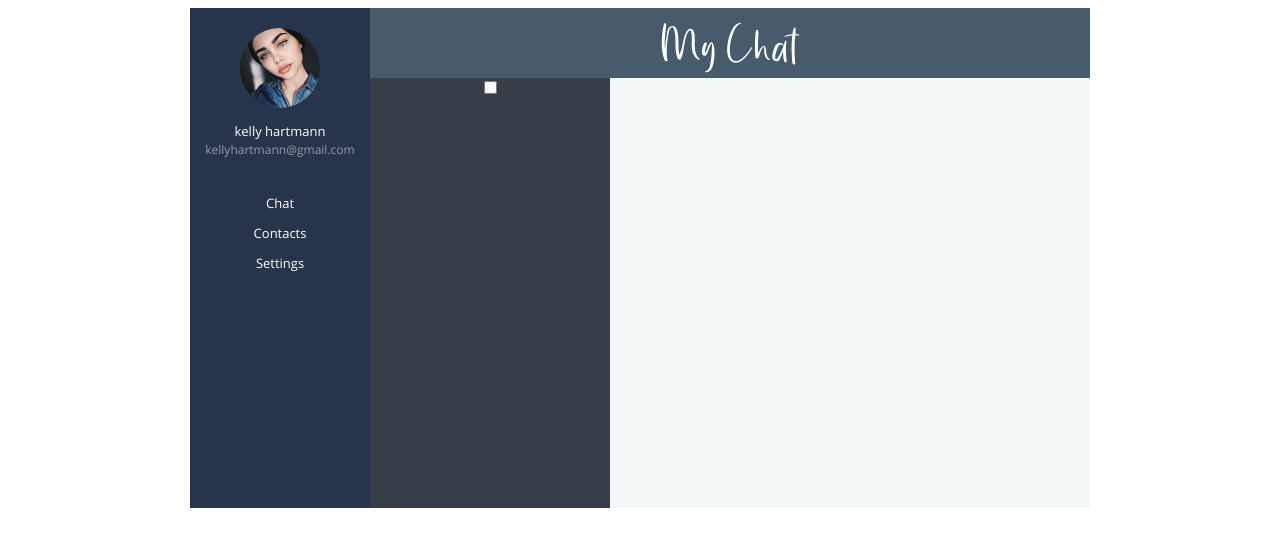
Repository: chathura226/SeekWork_Group_Project_I
Page: http://localhost/
The author's editor kept a copy of each file at every save. The page is drawn from the files as they stood at one save, then again after the next save.
The browser window is 1280 px wide. The pictures show the whole page.
The page is run by PHP 8.4 with error messages shown; the project is at /var/www/html/.

Above is the page before, as saved 2023-12-02 14:07:31.

After the next save:
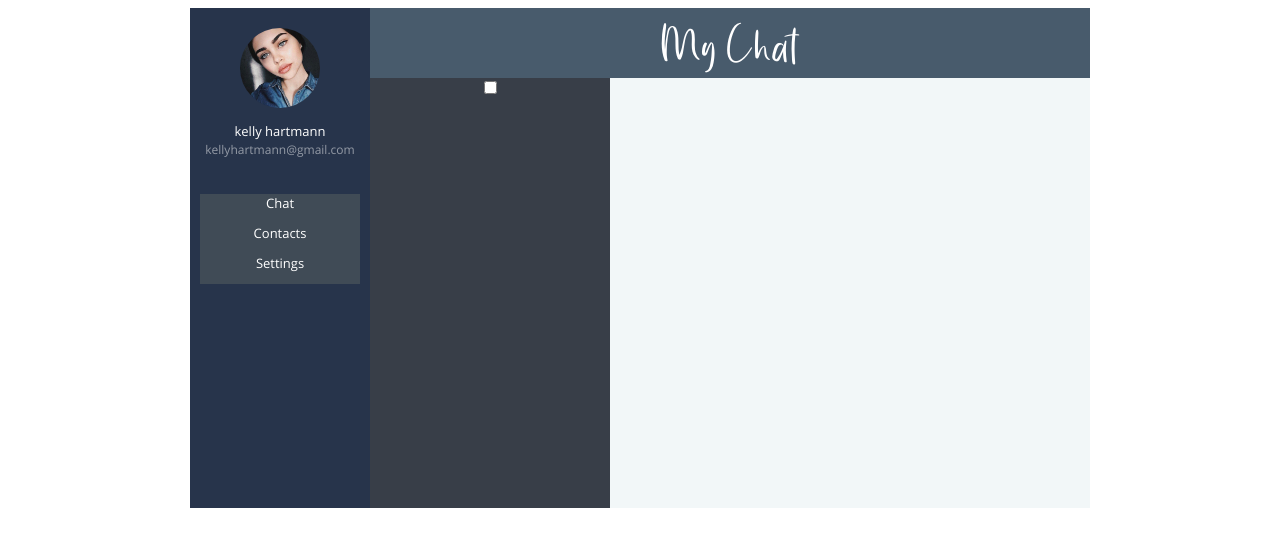
Saved 2 min 34 s later.
--- a/chat/index.php
+++ b/chat/index.php
@@ -54,7 +54,8 @@
             width:100%;
             height: 30px;
             display:block;
-            font-size:13px;
+            background-color:#404b56;
+
 
 
         }
